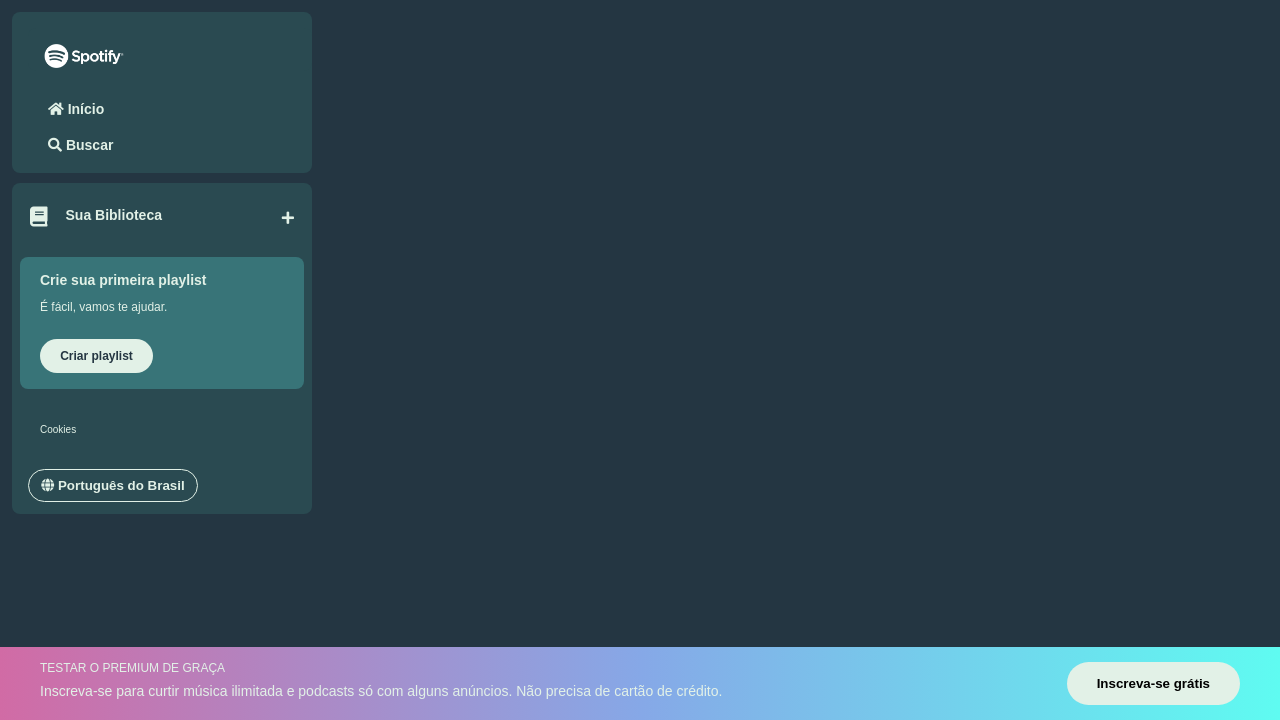
Repository: rafaazevedo-gs/Imers-o-Alura-Front-end
Page: index.html
The author's editor kept a copy of each file at every save. The page is drawn from the files as they stood at one save, then again after the next save.
The browser window is 1280 px wide. The pictures show the whole page.

Above is the page before, as saved 2025-01-30 13:23:58.

### index.html
<!DOCTYPE html>
<html lang="pt-BR">
<head>
    <meta charset="UTF-8">
    <meta name="viewport" content="width=device-width, initial-scale=1.0">
    <title>Spotify</title>
    <link rel="stylesheet" href="src/styles/reset.css">
    <link rel="shortcut icon" href=".src/icons/favicon.png" type="image/x-icon">
    <link rel="stylesheet" href="src/styles/styles.css">
    <link rel="stylesheet" href="https://use.fontawesome.com/releases/v5.15.4/css/solid.css"/>
    <link rel="stylesheet" href="https://use.fontawesome.com/releases/v5.15.4/css/fontawesome.css"/>
</head>
<body>
    <div class="sidebar">
        <nav class="sidebar__navigation">
            <div class="logo">
                <a href="">
                    <img src="./icons/logo-spotify.png" alt="Spotify logo">
                </a>
                </div>
                    <ul>
                        <li>
                            <a href="">
                                <span class="fa fa-home"></span>
                                <span>Início</span>
                            </a>
                        </li>
                        <li>
                            <a href="">
                                <span class="fa fa-search"></span>
                                <span>Buscar</span>
                            </a>
                        </li>
                    </ul>
        </nav>
        <div class="library">
            <div class="library__content">
                <button class="library__button">
                    <span class="fa fas fa-book"></span>
                    <span>Sua Biblioteca</span>
                </button>
                <span class="fa fa-plus"></span>
        </div>

        <section class="section-playlist">
            <div class="section-playlist__content">
                <span class="text title">Crie sua primeira playlist</span>
                <span class="text subtitle">É fácil, vamos te ajudar.</span>
                <button class="section-playlist__button">
                    <span>Criar playlist</span>
                </button>
            </div>
        </section>
        <div class="cookies">
            <a href="">Cookies</a>
        </div>
        <div class="languages">
            <button class="languages__button">
                <span class="fa fa-globe"></span>
                <span>Português do Brasil</span>
            </button>
        </div>
        <footer class="disclaimer-premium">
            <div class="text">
                <p class="disclaimer-premium__title">Testar o Premium de graça</p>
                <p class="disclaimer-premium__subtitle">Inscreva-se para curtir música ilimitada e podcasts só com alguns anúncios. Não precisa de cartão de crédito.</p>
            </div>
            <div class="button">
                <button type="button">Inscreva-se grátis</button>
            </div>
        </footer>
    </div>
</body>
</html>

### src/styles/styles.css
body {
    background-color: #243642;
}

.sidebar {
    position: fixed;
    top: 0;
    left: 0;
    bottom: 0;
    padding: 12px;
    width: 300px;
}

.sidebar__navigation {
    background-color: #2a4a51;
    border-radius: 8px;
    padding: 16px 0 0 16px;
}

.sidebar__navigation .logo {
    background: #2a4a51;
    display: flex;
    border-radius: 8px;
    padding: 16px 0 0 16px;
}

.sidebar__navigation .logo img {
    width: 80px;

}

.sidebar ul li {
    padding: 10px 0;
}

.sidebar nav ul {
    margin-top: 20px;
    padding: 0 20px 10px 20px;
}

.sidebar nav ul li a {
    color: #E2F1E7;
    text-decoration: none;
    font-weight: 600;
    font-size: 14px;
    font-family: "DM Sans", sans-serif;
}

.library {
    background-color: #2a4a51;
    border-radius: 8px;
    display: flex;
    justify-content: space-between;
    flex-direction: column;
    padding: 4px 8px;
    color: #E2F1E7;
    font-weight: 600;
    font-size: 14px;
    margin-top: 10px;
}

.library .library__content {
    display: flex;
    justify-content: space-between;
}

.library .library__button {
    display: flex;
    margin-right: 10px;
    color: #E2F1E7;
    background-color: transparent;
    border: 0px;
    font-size: 14px;
    font-weight: 700;
    font-family: "DM Sans", sans-serif;
    text-align: center;
    text-decoration: none;
    text-transform: none;
    padding: 20px 10px;
}

.library .library__button .fa{
    font-size: 20px;
    font-weight: 300;
    color: #E2F1E7;
    margin-right: 10px;
    padding-right: 8px;
}

.library .library__content .fa-plus {
    margin: 24px 10px;
}

.section-playlist {
    display: flex;
    align-items: flex-start;
    justify-content: space-between;
    gap: 20px;
    background-color: #387478;
    border-radius: 8px;
    color: #E2F1E7;
    font-weight: 600;
    font-size: 14px;
    margin: 8px 0px;
    padding: 16px 20px;
}

.section-playlist .section-playlist__content {
    display: flex;
    flex-direction: column;
}

.section-playlist__content .text {
    padding-bottom: 14px;
    color: #E2F1E7;
    font-family: "DM Sans", sans-serif;
}

.section-playlist__content .title {
    font-weight: 700;
}

.section-playlist__content .subtitle {
    font-weight: 500;
    font-size: 12px;
}

.section-playlist__content .section-playlist__button {
    display: flex;
    justify-content: center;
    background-color:#E2F1E7;
    color:#243642;
    border-radius: 20px;
    font-size: 12px;
    font-weight: 700;
    font-family: "DM Sans", sans-serif;
    text-decoration: none;
    text-transform: none;
    padding: 10px;
    border: 0px;
    width: 113px;
    margin-top: 12px;
}

.sidebar .cookies {
    margin: 25px 20px;

}

.sidebar .cookies a {
    color: #E2F1E7;
    font-weight: 500;
    font-size: 10px;
    font-family: "DM Sans", sans-serif;
    text-decoration: none;
}

.sidebar .cookies a:hover {
    text-decoration: underline;
}

.languages .languages__button {
    background-color:transparent;
    border: 1px solid #E2F1E7;
    border-radius: 20px;
    color: #E2F1E7;
    cursor: pointer;
    align-items: center;
    font-weight: bold;
    width: 170px;
    margin: 8px;
    padding: 8px;
}

.disclaimer-premium {
    position: fixed;
    bottom: 0;
    left: 0;
    right: 0;
    background:linear-gradient(to right, #d16ba5, #86a8e7, #5ffbf1);
    padding: 15px 40px;
    display: flex;
    justify-content: space-between;
}

.disclaimer-premium .tex {
    flex-shrink: 0;
}

.disclaimer-premium .disclaimer-premium__title {
    color: #E2F1E7;
    text-transform: uppercase;
    font-weight: 400;
    font-size: 12px;
    margin-bottom: 10px;
    font-family: "DM Sans", sans-serif;
}

.disclaimer-premium .disclaimer-premium__subtitle {
    color: #E2F1E7;
    font-weight: 500;
    font-size: 14px;
    font-family: "DM Sans", sans-serif;
}

.disclaimer-premium button {
    background-color: #E2F1E7;
    color:#243642
    font-size: 16px;
    font-weight: bold;
    font-family: "DM Sans", sans-serif;
    padding: 14px 30px;
    border: 0px;
    border-radius: 40px;
    cursor: pointer;
    flex-shrink: 0;
}

Loaded but not shown: src/styles/reset.css (common file)

After the next save:
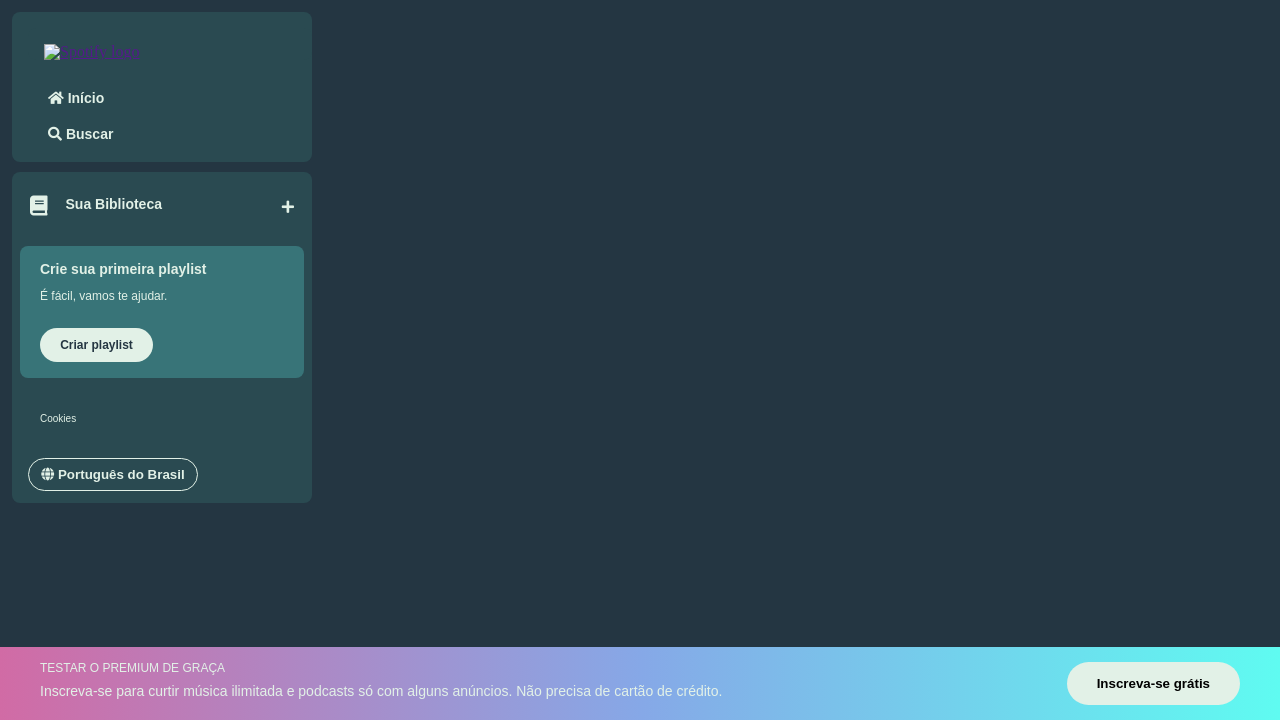
Not found: .src/icons/logo-spotify.png
Saved 41 s later.
--- a/index.html
+++ b/index.html
@@ -15,7 +15,7 @@
         <nav class="sidebar__navigation">
             <div class="logo">
                 <a href="">
-                    <img src="./icons/logo-spotify.png" alt="Spotify logo">
+                    <img src=".src/icons/logo-spotify.png" alt="Spotify logo">
                 </a>
                 </div>
                     <ul>

After the 2 saves that followed:
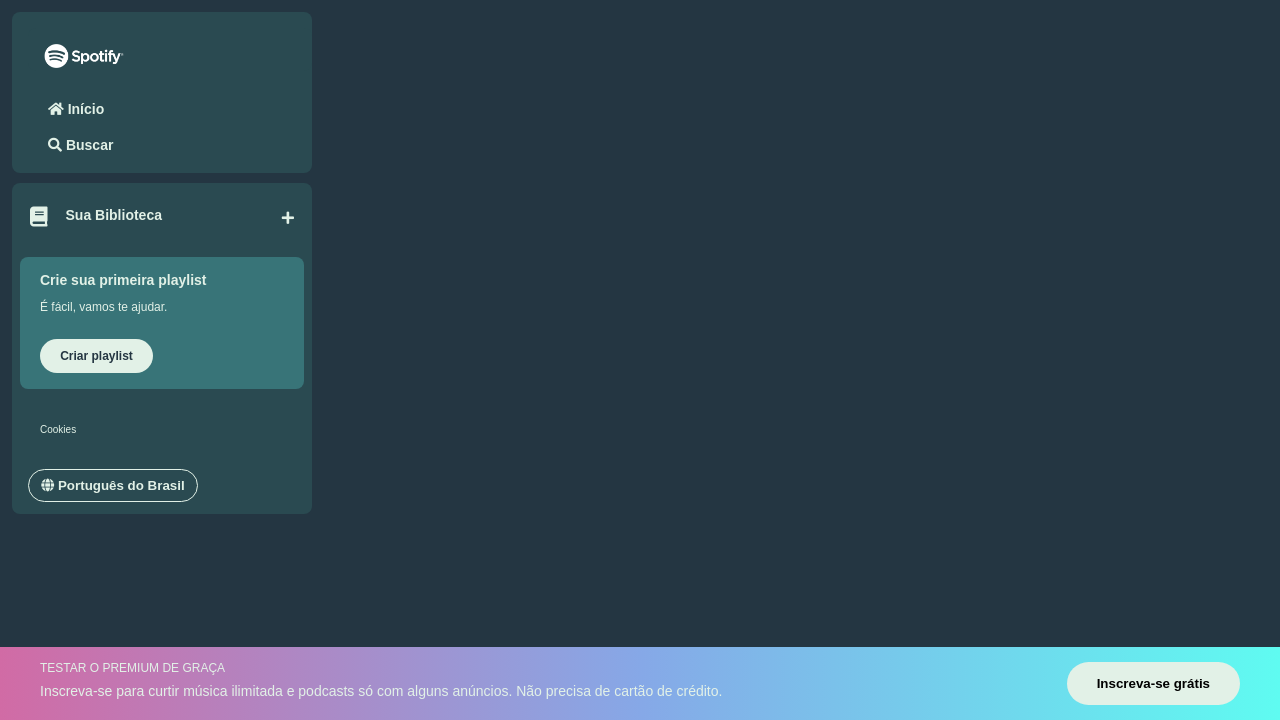
The 2 saves are shown as one change because 1 left the picture as it was.
The last was saved 2 min 18 s later.
--- a/index.html
+++ b/index.html
@@ -15,7 +15,7 @@
         <nav class="sidebar__navigation">
             <div class="logo">
                 <a href="">
-                    <img src=".src/icons/logo-spotify.png" alt="Spotify logo">
+                    <img src="./src/icons/logo-spotify.png" alt="Spotify logo">
                 </a>
                 </div>
                     <ul>
